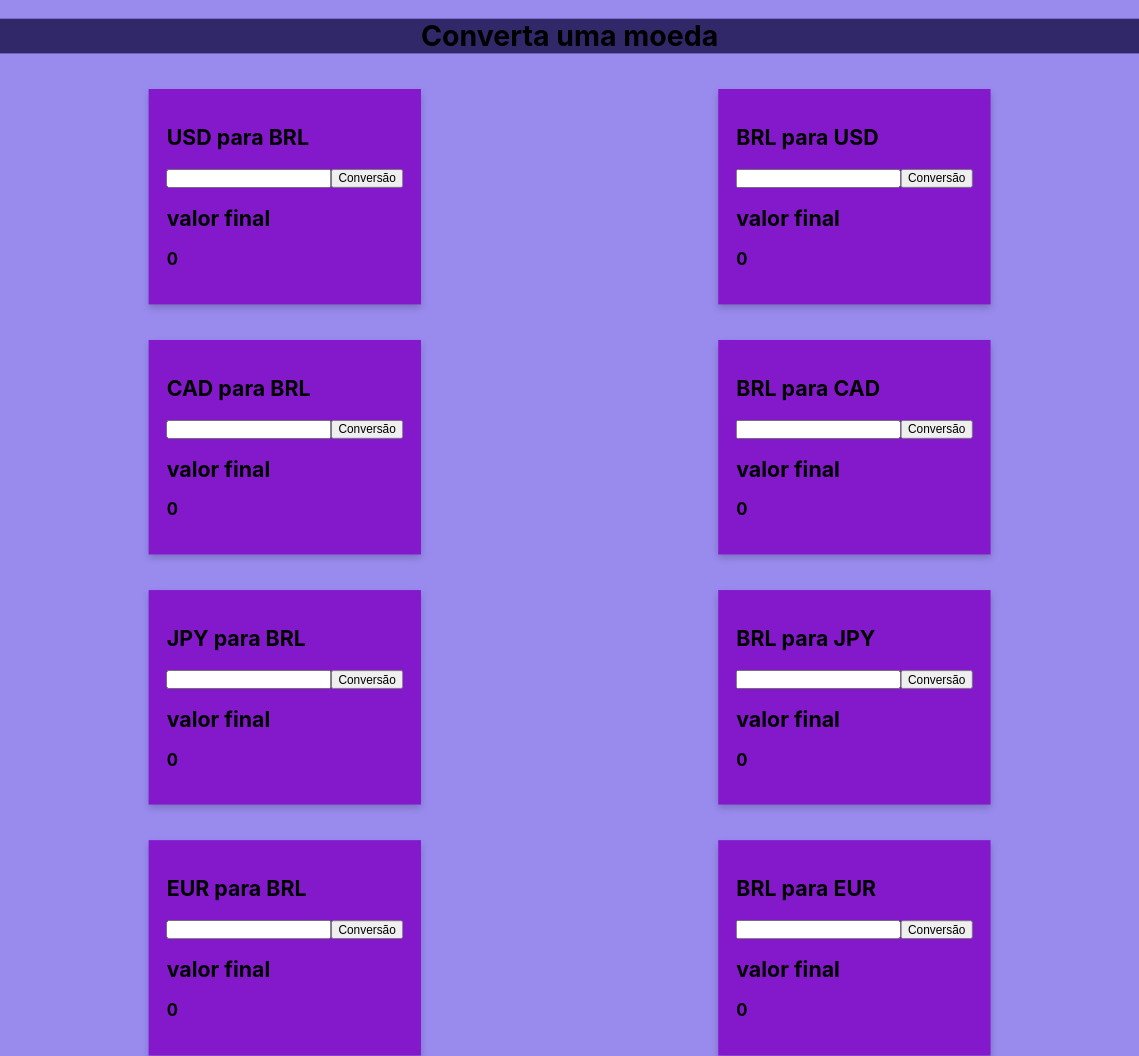
Repository: DeanLemosXD/Currency-converter
Page: /
An editor plug-in stored every save of this project. The page is shown before and after the next save, followed by the edit.
The browser window is 1280 px wide. The pictures show the whole page, at 89% of full size.
The project was rebuilt for these pictures with package versions that can differ from the ones it lists, and the page was loaded fresh each time.

Above is the page before, as saved 2021-10-19 18:25:12.

### src/index.css
body {
  margin: 0;
  font-family: -apple-system, BlinkMacSystemFont, 'Segoe UI', 'Roboto', 'Oxygen',
    'Ubuntu', 'Cantarell', 'Fira Sans', 'Droid Sans', 'Helvetica Neue',
    sans-serif;
  -webkit-font-smoothing: antialiased;
  -moz-osx-font-smoothing: grayscale;
  background-color:rgb(153, 139, 238)
}

code {
  font-family: source-code-pro, Menlo, Monaco, Consolas, 'Courier New',
    monospace;
}

### src/App.js
import './App.css';
import Conversor from './components/Conversor';

function App() {
  return (
    <div className="App">
      <h1>Converta uma moeda</h1>
      <div className="linha">
      <Conversor moedaA="USD" moedaB="BRL"></Conversor>
      <Conversor moedaA="BRL" moedaB="USD"></Conversor>
      </div>
      <div className="linha">
      <Conversor moedaA="CAD" moedaB="BRL"></Conversor>
      <Conversor moedaA="BRL" moedaB="CAD"></Conversor>
      </div>
      <div className="linha">
      <Conversor moedaA="JPY" moedaB="BRL"></Conversor>
      <Conversor moedaA="BRL" moedaB="JPY"></Conversor>
      </div>
      <div className="linha">
      <Conversor moedaA="EUR" moedaB="BRL"></Conversor>
      <Conversor moedaA="BRL" moedaB="EUR"></Conversor>
      </div>
    </div>
  );
}

export default App;

### src/App.css
.linha{
    display:flex;
    margin-top:  40px;
    justify-content: space-around;

}

h1{

    text-align: center;
    background-color:rgb(48, 40, 105)
}

.app{
    margin: auto;
    max-width: 900px;

}

### src/components/Conversor.js
import React, { Component } from 'react'
import './conversor.css'
export default class Conversor extends Component {

    // eslint-disable-next-line no-useless-constructor
    constructor(props){
        super(props);

        this.state = {
            moedaA_Valor:"",
            moedaB_Valor:0,

        }

        this.converter = this.converter.bind(this)
    }

    converter(){

        let de_para = `${this.props.moedaA}_${this.props.moedaB}`;
        let url = `http://free.currconv.com/api/v7/convert?q=${de_para}&compact=ultra&apiKey=0d7e32903cad9cf7460c`
        //console.log(url)
        fetch(url).then(res=>{
            return res.json()
        })
        .then(json=>{

            let cotacao = json[de_para];
            let moedaB_Valor = (parseFloat(this.state.moedaA_Valor) * cotacao).toFixed(2)
            this.setState({moedaB_Valor})
        })
    }
    render(){
        return (
            <div className="conversor">
                <h2>{this.props.moedaA} para {this.props.moedaB}</h2>
                <input type="text" onChange={(event)=>{this.setState({moedaA_Valor:event.target.value})}}></input>
                <input type="button" value="Conversão" onClick={this.converter}></input>
                <h2>valor final</h2>
                <h3>{this.state.moedaB_Valor}</h3>
            </div>
        )
    }
}

### src/components/conversor.css
.conversor{
        padding: 20px;
        max-width: 300px;
        box-shadow: 0 4px 8px 0 rgba(0, 0, 0, 0.2);
        background-color: rgb(132, 25, 204);
}

Loaded but not shown: public/index.html (common file); src/index.js (common file); src/reportWebVitals.js (common file)

After the next save:
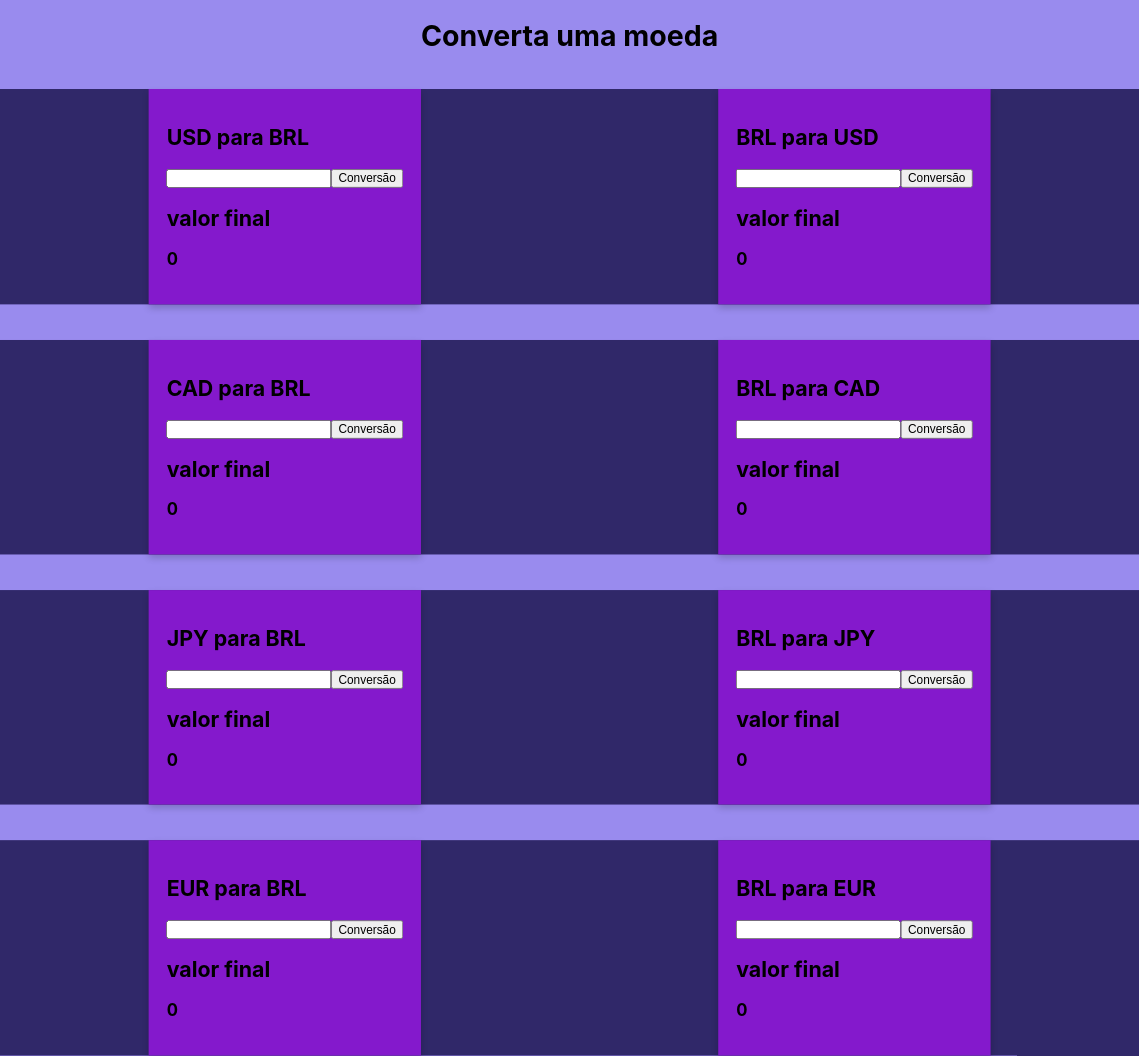
Saved 4 s later.
--- a/src/App.css
+++ b/src/App.css
@@ -2,13 +2,14 @@
     display:flex;
     margin-top:  40px;
     justify-content: space-around;
+    background-color:rgb(48, 40, 105)
 
 }
 
 h1{
 
     text-align: center;
-    background-color:rgb(48, 40, 105)
+
 }
 
 .app{
